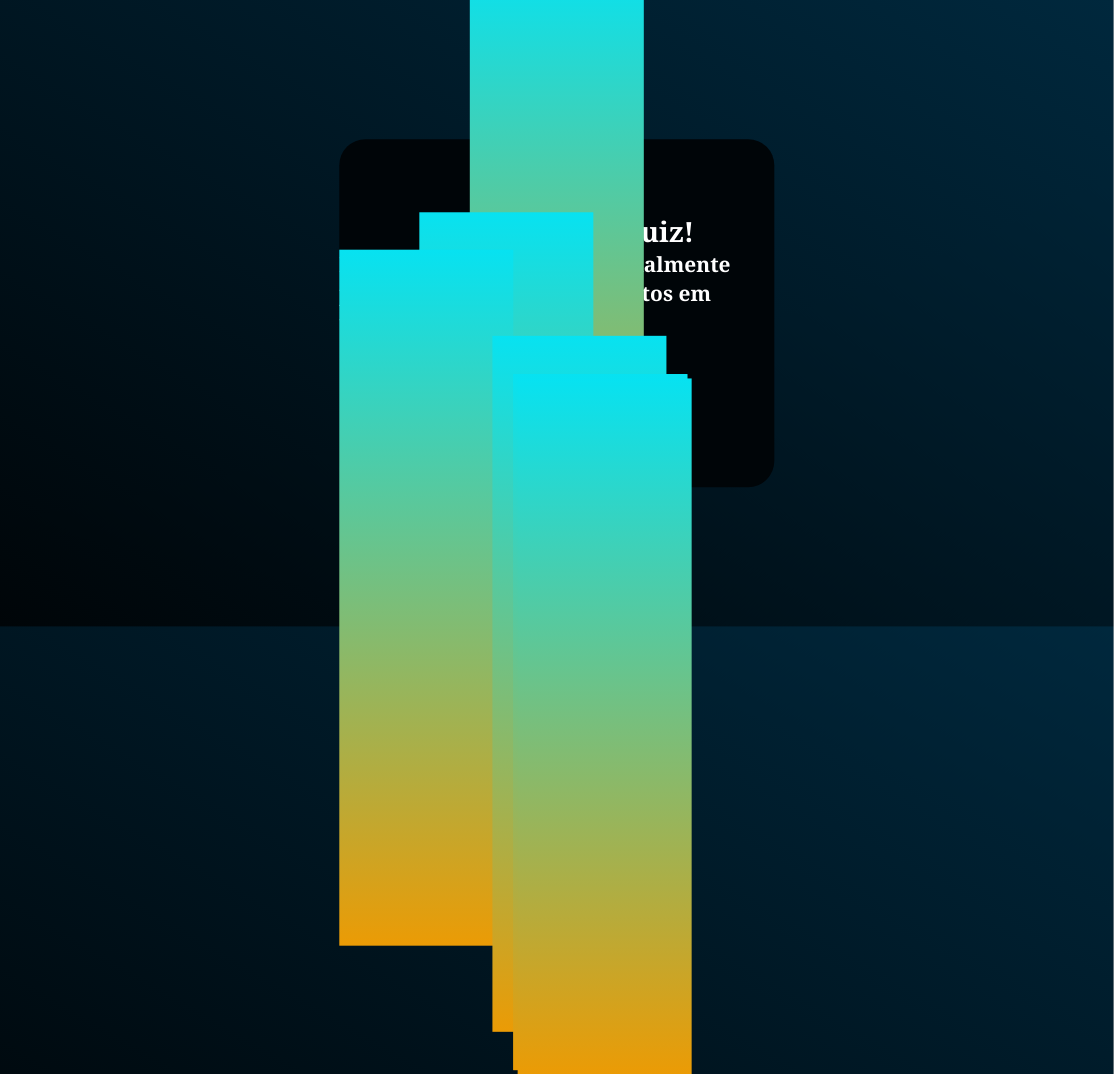
Repository: LaisSilvaO/Projeto-Quizz
Page: telas/apresentação.html
These files come from the project's save history. The page is drawn as it stood at one moment and after the next save; the edit follows.
The browser window is 1280 px wide. The pictures show the whole page, at 87% of full size.

Above is the page before, as saved 2024-12-25 19:08:01.

### telas/apresentação.html
<!DOCTYPE html>
<html lang="pt-br">

<head>
    <meta charset="UTF-8">
    <meta name="viewport" content="width=device-width, initial-scale=1.0">
    <title>Quiz</title>
    <link rel="stylesheet" href="../img/tela.css">
</head>

<body>
    <div class="box1">
        <div class="box2">
            <H1> Bem-vindo ao Quiz!</H1>

            <h2>Este desafio foi criado especialmente para testar seus conhecimentos em tecnologia


            </h2>
            <h4>Informe seu nome </h4>
            <input type="text" id="nome">
            <A href="index.html">
                <h4><button>INCIAR O JOGO</button></h4>
            </A>
        </div>
    </div>

</body>

</html>

### img/tela.css
* {
  margin: 0;
  padding: 0;
  box-sizing: border-box;
  font-family: Cambria, Cochin, Georgia, Times, 'Times New Roman', serif;
}

body {
  height: 100vh;
  display: flex;
  justify-content: center;
  flex-direction: column;
  flex-wrap: wrap;
  align-items: center;
  gap: 5px;
  background: linear-gradient(210deg, #00283d, #000508)
}

main {
  background-color: white;
  padding: 10px;
  border-radius: 10px;
  width: 100%;
  max-width: 600px;
  min-height: 400px;
  display: flex;
  align-items: center;
  justify-content: center;
}

.content {
  display: flex;
  flex-direction: column;
  width: 100px;
  gap: 10px;
}

.qtddquestao {
  text-align: end;
}

.resposta {
  display: flex;
  flex-direction: column;
  gap: 5px;
}

button {
  width: 100px;
  text-align: start;
  padding: 5px;
  border: none;
  border-radius: 5px;
  cursor: pointer;
  background-color: grey;
  color: white;
}

.final {
  display: none;
  flex-direction: column;
  gap: 10px;
}

.box1 {
  display: flex;
  width: 100%;
  height: 100hv;
  justify-content: center;
  align-items: center;
}

.box2 {
  color: white;
  position: relative;
  width: 500px;
  height: 400px;
  background-color: #000508;
  border-radius: 30px;
  display: flex;

  justify-content: center;
  align-items: center;
  flex-direction: column
}

.box1 ::before{
  content: "";
  position: absolute;
  width: 200px;
  height: 200%;
  background: linear-gradient(180deg, #07e2f1, #eb9b05);
}

After the next save:
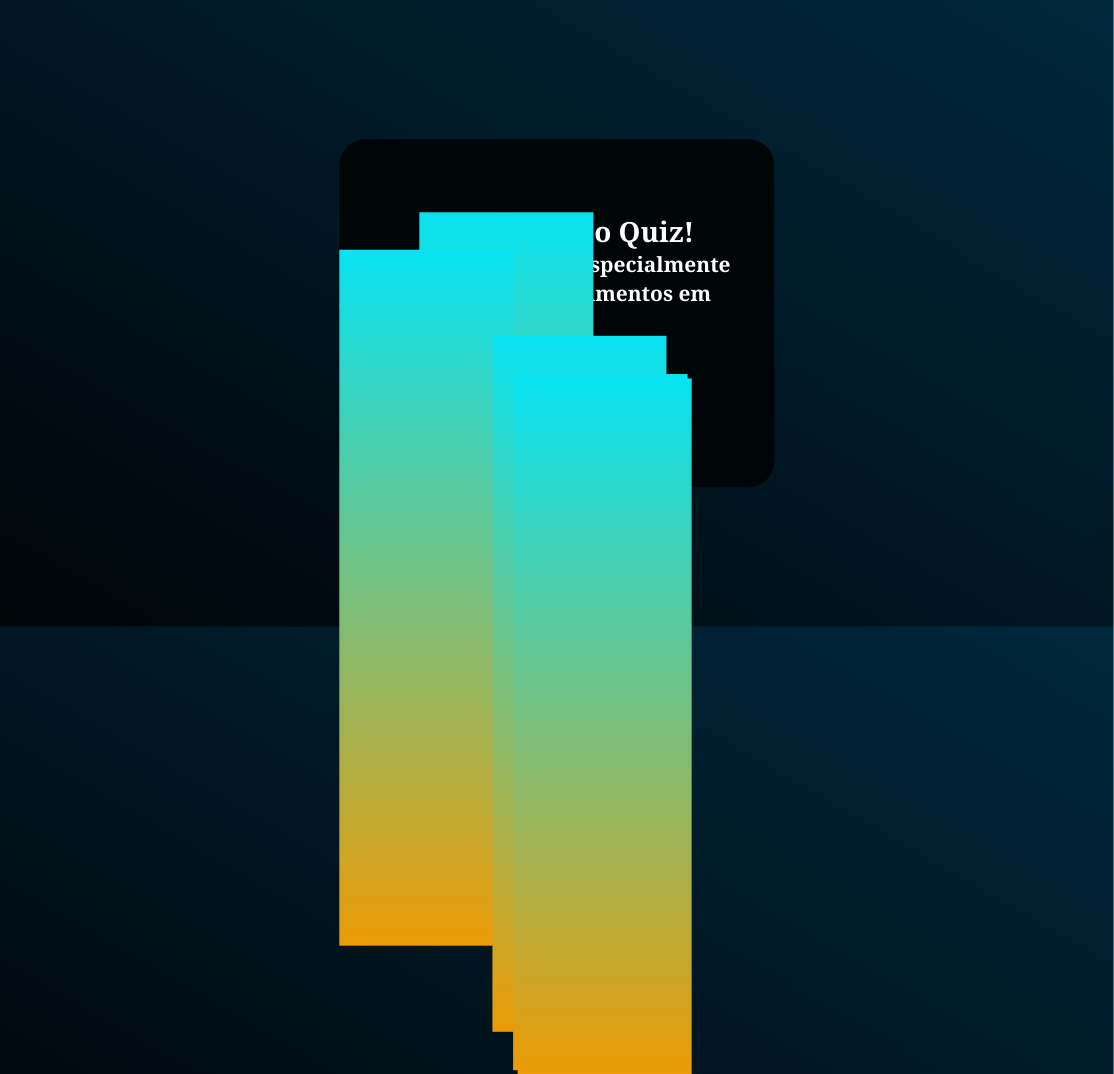
Saved 17 s later.
--- a/img/tela.css
+++ b/img/tela.css
@@ -84,7 +84,7 @@ button {
   flex-direction: column
 }
 
-.box1 ::before{
+.box2 ::before{
   content: "";
   position: absolute;
   width: 200px;
